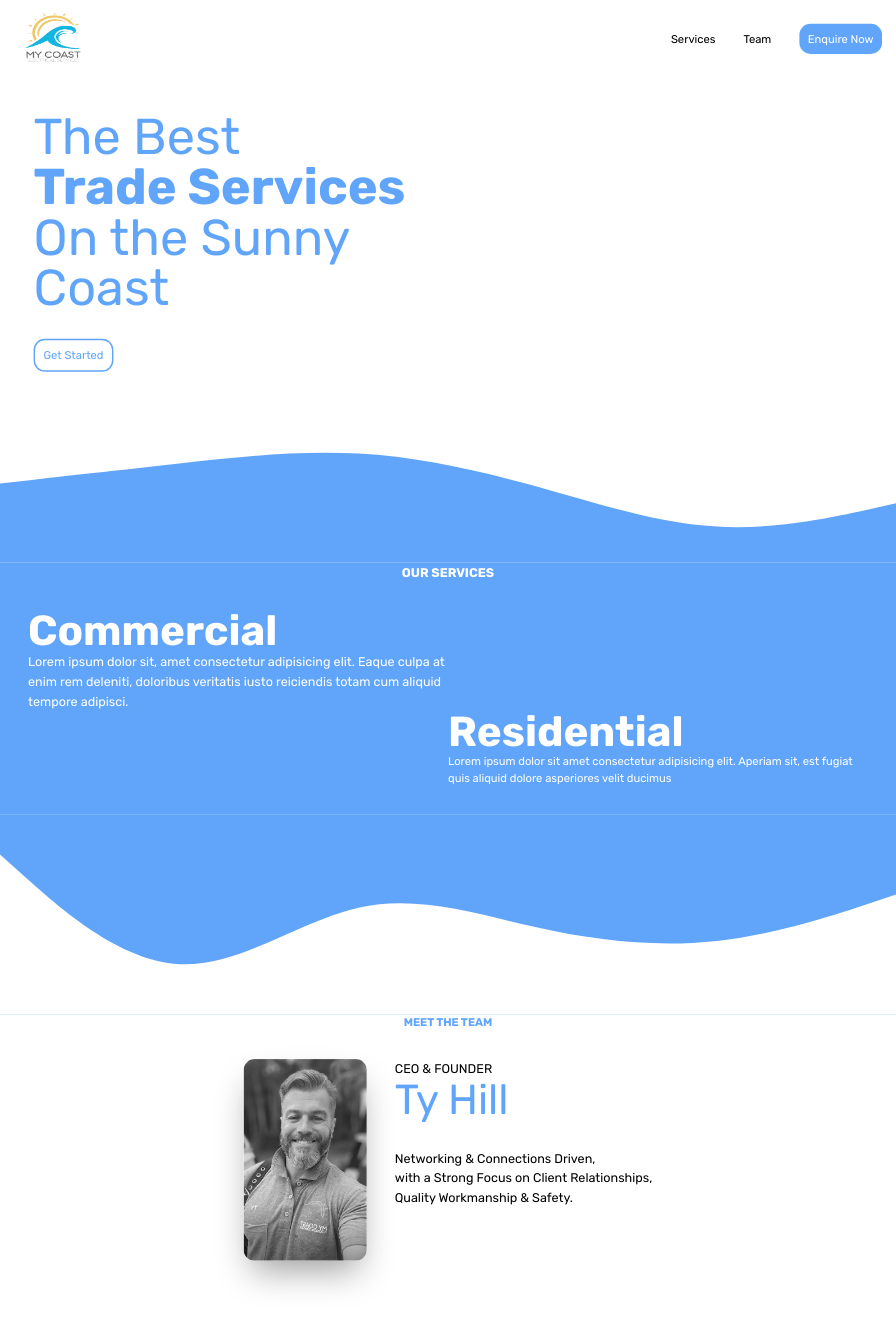
Repository: Jace-Kington/mce-website
Page: /
These files come from the project's save history. The page is drawn as it stood at one moment and after the next save; the edit follows.
The browser window is 1280 px wide. The pictures show the part of the page from y = 0 to 1920 px (the page is 2895 px tall), at 70% of full size.
The project was rebuilt for these pictures with package versions that can differ from the ones it lists, and the page was loaded fresh each time. The framework's server and built-in components were replaced by stand-ins that run in the browser. Also part of the build but not shown: next.config.js.

Above is the page before, as saved 2022-11-12 14:18:30.

After the next save:
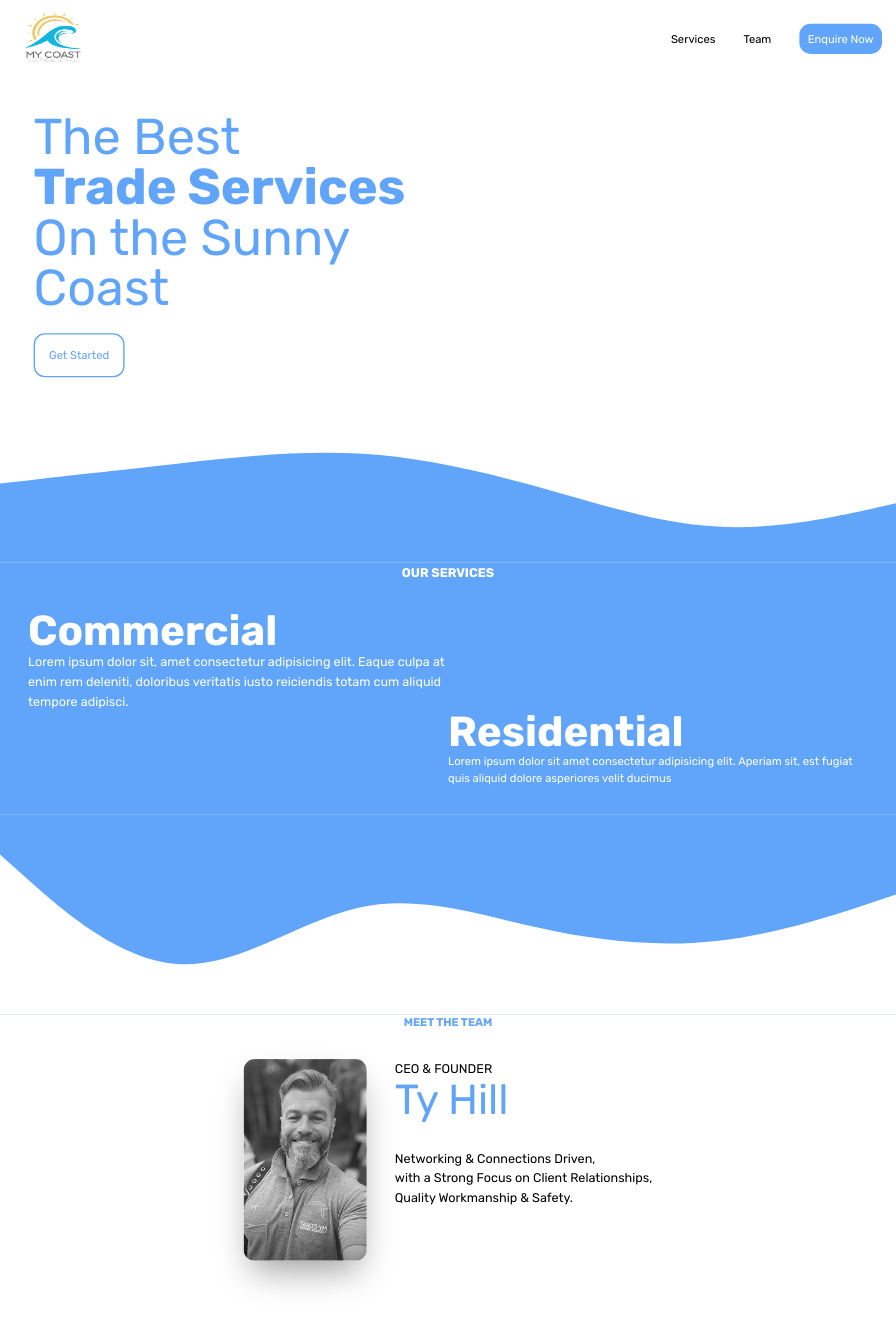
Saved 25 s later.
--- a/components/Navbar.jsx
+++ b/components/Navbar.jsx
@@ -44,7 +44,7 @@ const Navbar = () => {
           </div>
 
           <div className='outline-rounded mt-12 bg-white'>
-            <a  style = {{'border-width': '2px', 'border-color': '#60a5fa'}} className='rounded-2xl  hover:text-white transition  p-3' href="#contact-us">
+            <a  style = {{'border-width': '2px', 'border-color': '#60a5fa'}} className='rounded-2xl hover:bg-blue-400 hover:text-white transition p-5' href="#contact-us">
               Get Started
             </a>
           </div>
